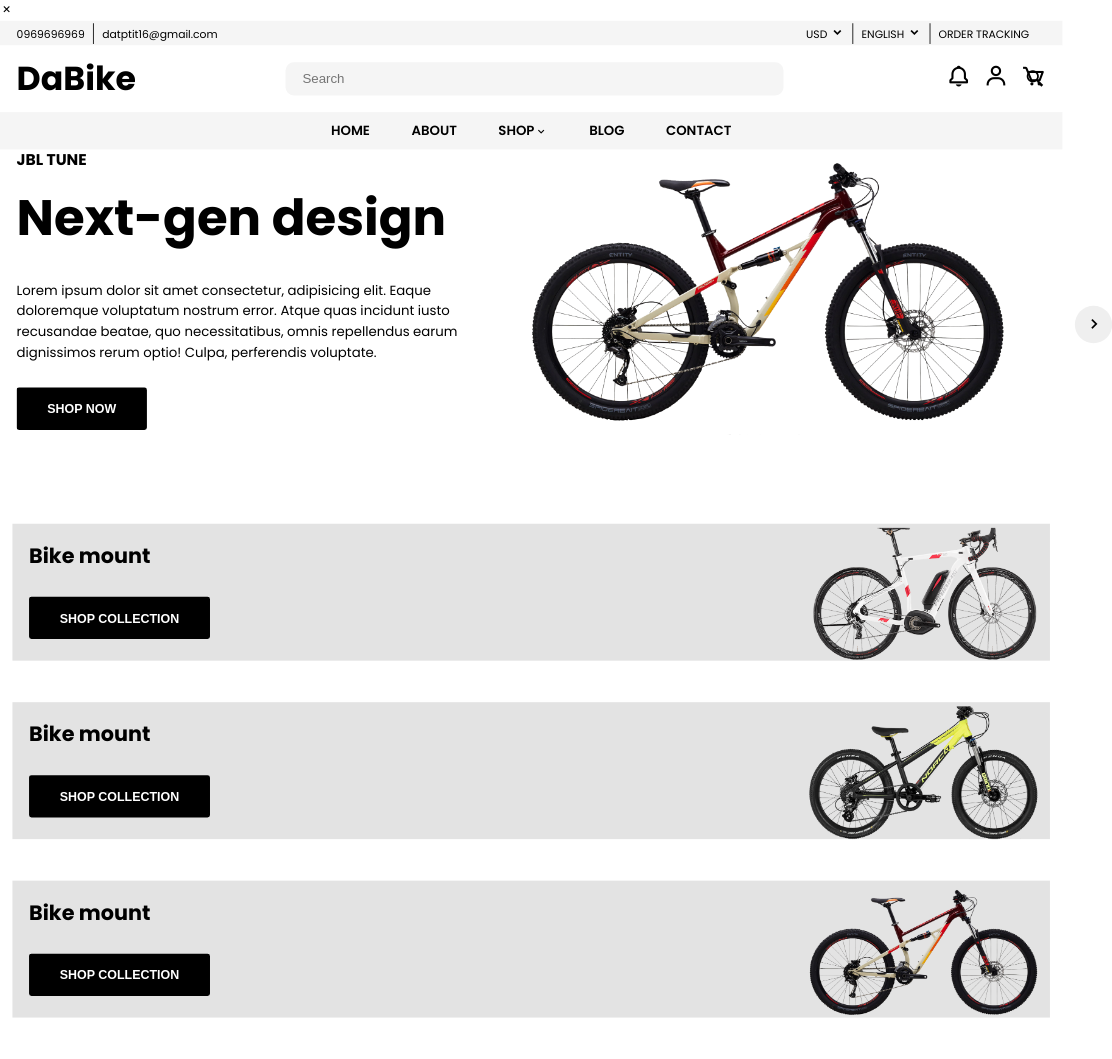
Repository: Datt21/DacMaxx
Page: index.html
An editor plug-in stored every save of this project. The page is shown before and after the next save, followed by the edit.
The browser window is 1280 px wide. The page is 1340 px wide, so the pictures cover 1340 px, including what lies to the right of the window. The pictures show the whole page, at 83% of full size.

Above is the page before, as saved 2021-07-07 13:43:33.

After the next save:
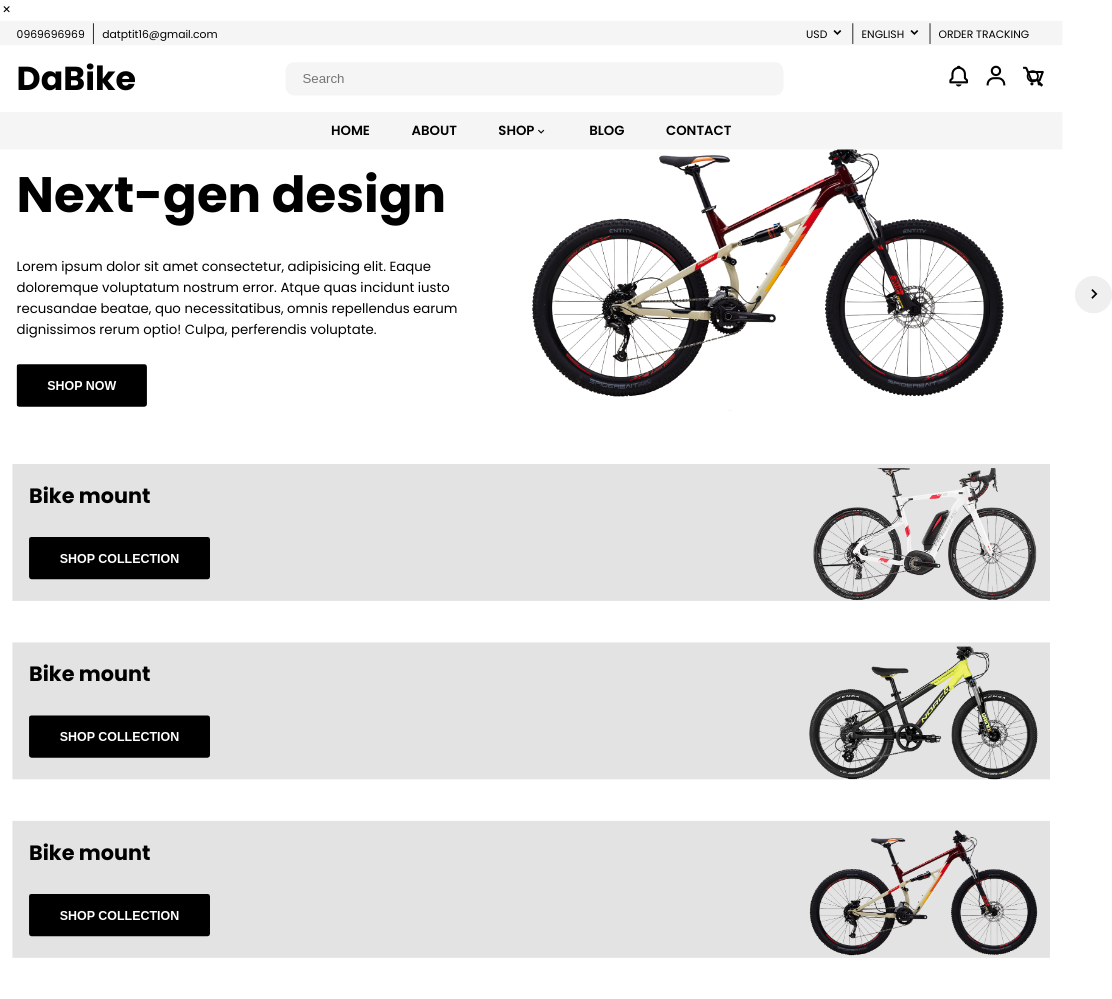
Saved 21 s later.
--- a/css/app.css
+++ b/css/app.css
@@ -264,7 +264,7 @@
 /* Main */
 .hero{
    height: calc(
-       80vh - (
+       70vh - (
            var(--top-header-size) + var(--mid-header-size) +
               var(--bottom-header-size)
        )

After the save that followed:
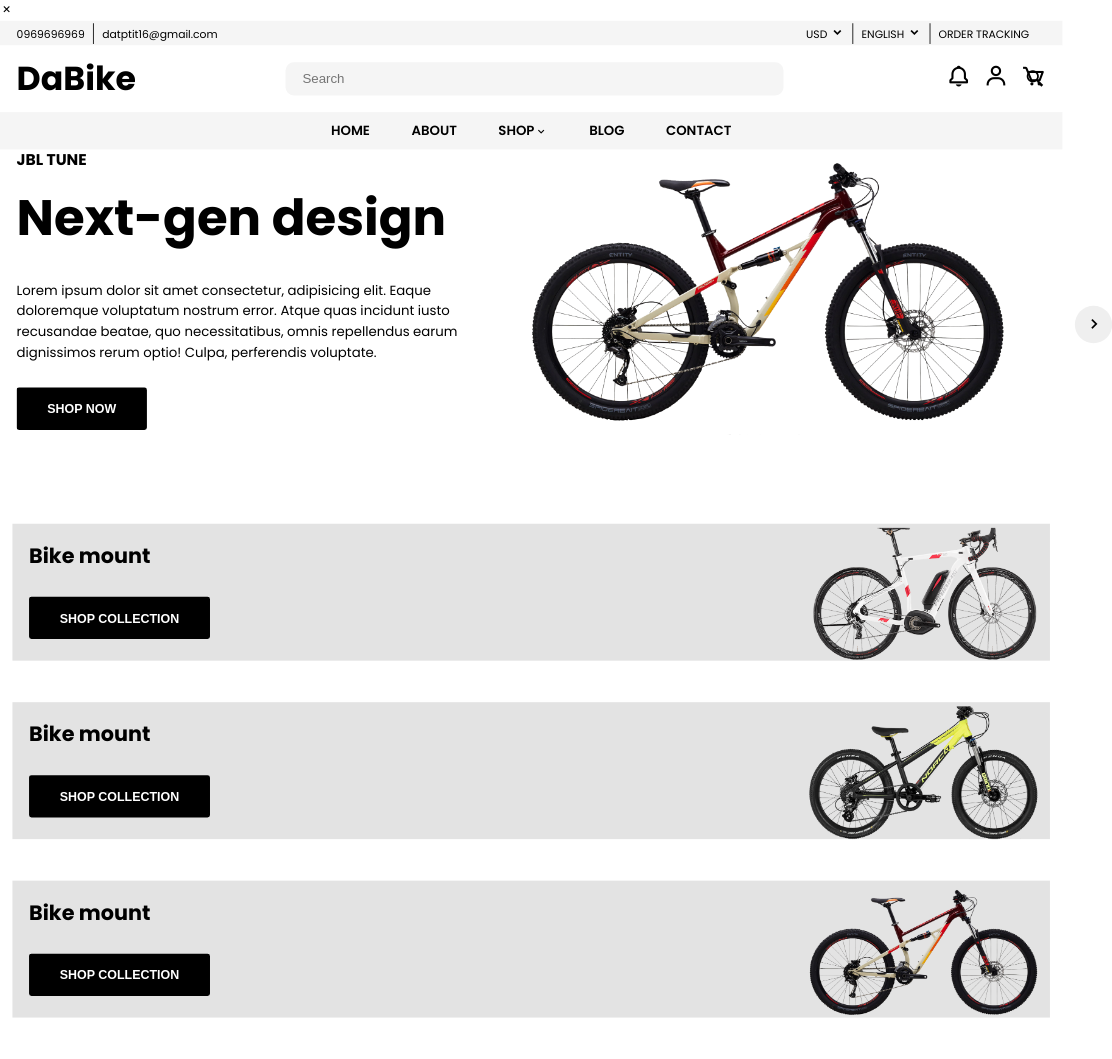
Saved 26 s later.
--- a/css/app.css
+++ b/css/app.css
@@ -264,7 +264,7 @@
 /* Main */
 .hero{
    height: calc(
-       70vh - (
+       80vh - (
            var(--top-header-size) + var(--mid-header-size) +
               var(--bottom-header-size)
        )
